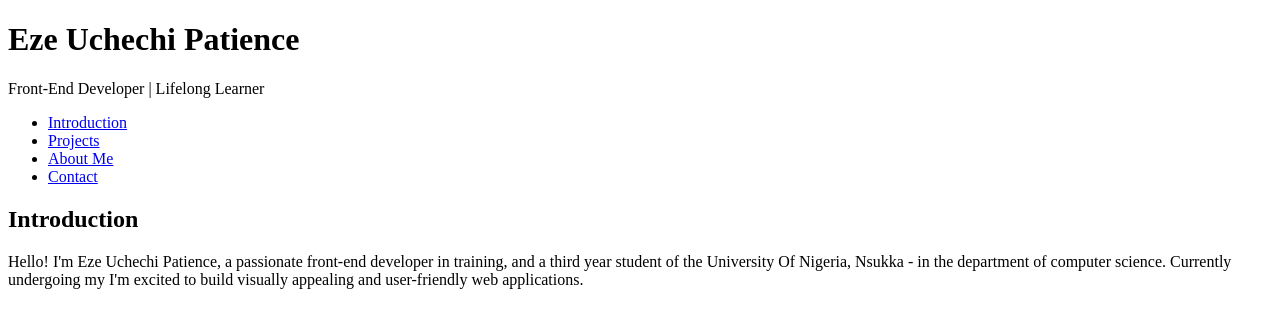
Repository: Patience225/My_First_Portfolio
Page: Portfolio/index.html
These files come from the project's save history. The page is drawn as it stood at one moment and after the next save; the edit follows.
The browser window is 1280 px wide. The pictures show the whole page.

Above is the page before, as saved 2024-12-16 13:09:40.

### Portfolio/index.html
<!DOCTYPE html>
<html lang="en">
<head>
    <meta charset="utf-8">
    <title>Eze Uchechi Patience - Personal Portfolio</title>
</head>
<body>
    <header>
        <h1>Eze Uchechi Patience</h1>
        <p>Front-End Developer | Lifelong Learner</p>
    </header>
    <nav>
      <ul>
        <li><a href="#introduction">Introduction</a></li>
        <li><a href="#projects">Projects</a></li>
        <li><a href="#about">About Me</a></li>
        <li><a href="#contact">Contact</a></li>
    </ul>
    </nav>
    <section id="introduction">
      <h2>Introduction</h2>
    <p>Hello! I'm Eze Uchechi Patience, a passionate front-end developer in training, and a third year student of the University Of Nigeria, Nsukka - in the department of computer science. Currently undergoing my I'm excited to build visually appealing and user-friendly web applications.</p>
    </section>
    <section id="projects"></section>
    <section id="about"></section>
    <section id="contact"></section>
    <footer>

    </footer>
</body>
</html>

After the next save:
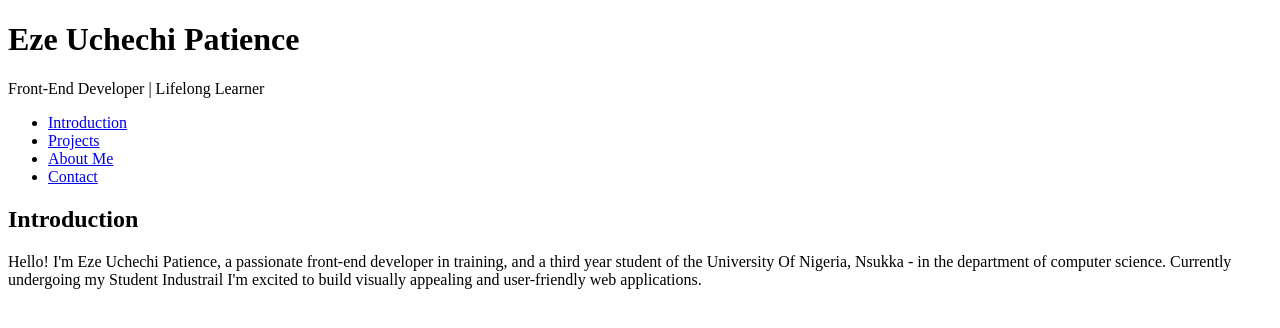
Saved 9 s later.
--- a/Portfolio/index.html
+++ b/Portfolio/index.html
@@ -19,7 +19,7 @@
     </nav>
     <section id="introduction">
       <h2>Introduction</h2>
-    <p>Hello! I'm Eze Uchechi Patience, a passionate front-end developer in training, and a third year student of the University Of Nigeria, Nsukka - in the department of computer science. Currently undergoing my I'm excited to build visually appealing and user-friendly web applications.</p>
+    <p>Hello! I'm Eze Uchechi Patience, a passionate front-end developer in training, and a third year student of the University Of Nigeria, Nsukka - in the department of computer science. Currently undergoing my Student Industrail I'm excited to build visually appealing and user-friendly web applications.</p>
     </section>
     <section id="projects"></section>
     <section id="about"></section>
